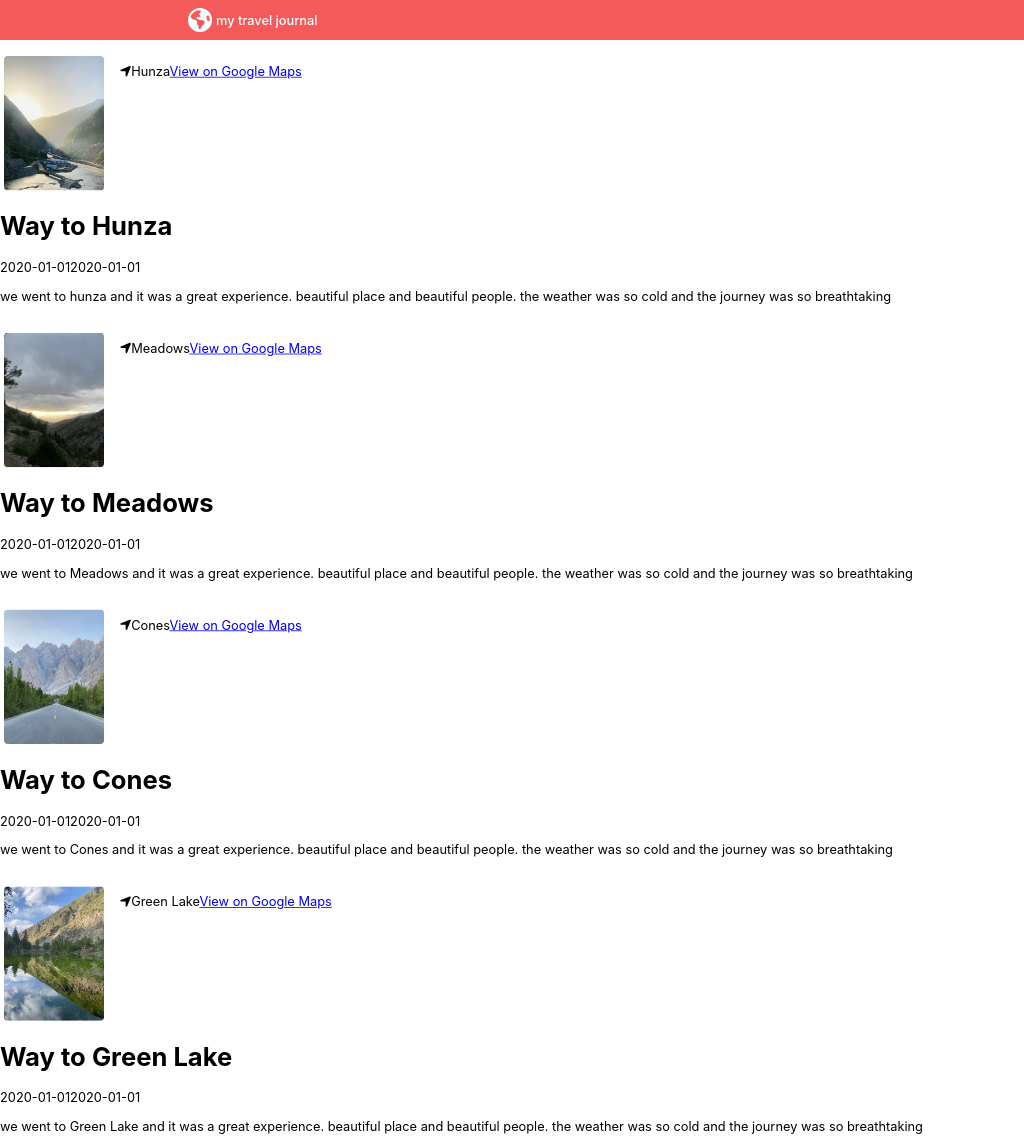
Repository: mortiestmorty1/travel-journal
Page: /
An editor plug-in stored every save of this project. The page is shown before and after the next save, followed by the edit.
The browser window is 1280 px wide. The pictures show the whole page, at 80% of full size.
The project was rebuilt for these pictures with package versions that can differ from the ones it lists, and the page was loaded fresh each time.

Above is the page before, as saved 2024-01-17 15:16:31.

### src/index.css
body {
  margin: 0;
  font-family: -apple-system, BlinkMacSystemFont, 'Segoe UI', 'Roboto', 'Oxygen',
    'Ubuntu', 'Cantarell', 'Fira Sans', 'Droid Sans', 'Helvetica Neue',
    sans-serif;
  -webkit-font-smoothing: antialiased;
  -moz-osx-font-smoothing: grayscale;
}

code {
  font-family: source-code-pro, Menlo, Monaco, Consolas, 'Courier New',
    monospace;
}
* {
  box-sizing: border-box;
  }

### src/App.js
import logo from './logo.svg';
import './App.css';
import Navbar from "./components/navbar";
import Data from "./components/data.js";
import Content from "./components/content.js";

function App() {
  const  Memories = Data.map((item) => {
    return<Content
          key={item.id}
          item={item}
    />
  })
  return (
    <div className="App">
      <Navbar />
      {Memories}
    </div>
  );
}

export default App;

### src/App.css
.Nav-container{
    display: flex;
    justify-content: space-between;
    align-items: center;
    background-color: #F55A5A;
    height: 50px;
}
.navbar{
    display: flex;
    justify-content: space-between;
    align-items: center;
    background-color: #F55A5A;
    margin-left: 230px;
}
.title{
  color: azure;
  font-weight: 500;
  margin-left: 5px;
}
.earth{
  width: 30px;
  height: 30px;
  margin-left: 5px;
  color: azure;
}

.image{
  width: 125px;
  height: 168px;
  margin-left: 5px;
  color: azure;
  border-radius: 5px;
  margin-top: 20px;
}
.content-container{
  position: relative;
}
.section1{
  position: absolute;
  left: 150px;
  bottom: 85%;
  margin-right: 10px;

}

.Title{

}

### src/components/navbar.js
import React from "react";
import { FontAwesomeIcon } from "@fortawesome/react-fontawesome";
import { faEarth } from "@fortawesome/free-solid-svg-icons";
import "../App.css";

function Navbar(){
    return(
        <div className="Nav-container">
            <nav className="navbar">
                <FontAwesomeIcon icon={faEarth} className="earth"></FontAwesomeIcon>
                <span className="title">
                        my travel journal
                </span>
            </nav>
        </div>
    )
}
export default Navbar;

### src/components/data.js
import Hunza from "./way-to-hunza.jpeg";
import Meadows from "./way-to-meadows.jpeg";
import Cones from "./cones.jpeg";
import Glake from "./green-lake.jpeg";

export default [
    {
        id:1,
        img: Hunza,
        location: "Hunza",
        googlelink: "https://www.google.com/maps/place/Hunza+Valley,+Gilgit-Baltistan,+Pakistan/",
        Title: "Way to Hunza",
        datestart:"2020-01-01",
        dateend: "2020-01-01",
        description:"we went to hunza and it was a great experience. beautiful place and beautiful people. the weather was so cold and the journey was so breathtaking"
    }
    ,
    {
        id:2,
        img: Meadows,
        location: "Meadows",
        googlelink: "https://www.google.com/maps/place/Meadows,+Gilgit-Baltistan,+Pakistan/",
        Title: "Way to Meadows",
        datestart:"2020-01-01",
        dateend: "2020-01-01",
        description:"we went to Meadows and it was a great experience. beautiful place and beautiful people. the weather was so cold and the journey was so breathtaking"
    }
    ,
    {
        id:3,
        img: Cones,
        location: "Cones",
        googlelink: "https://www.google.com/maps/place/Cones,+Gilgit-Baltistan,+Pakistan/",
        Title: "Way to Cones",
        datestart:"2020-01-01",
        dateend: "2020-01-01",
        description:"we went to Cones and it was a great experience. beautiful place and beautiful people. the weather was so cold and the journey was so breathtaking"
    }
    ,
    {
        id:4,
        img: Glake,
        location: "Green Lake",
        googlelink: "https://www.google.com/maps/place/Green+Lake,+Gilgit-Baltistan,+Pakistan/",
        Title: "Way to Green Lake",
        datestart:"2020-01-01",
        dateend: "2020-01-01",
        description:"we went to Green Lake and it was a great experience. beautiful place and beautiful people. the weather was so cold and the journey was so breathtaking"
    }
]

### src/components/content.js
import React from "react";
import { FontAwesomeIcon } from "@fortawesome/react-fontawesome";
import { faLocationArrow } from "@fortawesome/free-solid-svg-icons";
import "../App.css";
function Content(props){

    return(
        <div className="content-container">
            <img className="image" src={props.item.img}>
            </img>
            <div className="section1">
                <FontAwesomeIcon icon={faLocationArrow} className="Location"></FontAwesomeIcon>
                <span className="location">
                    {props.item.location}
                </span>
                <a href={props.item.googlelink}>View on Google Maps</a>
            </div>
            <h1 className="Title">{props.item.Title}</h1>
            <span className="date-start">{props.item.datestart}</span>
            <span className="date-end">{props.item.dateend}</span>
            <p className="description">{props.item.description}</p>
        </div>
    )
}

export default Content;

Loaded but not shown: public/index.html (common file); src/index.js (common file); src/reportWebVitals.js (common file)

After the next save:
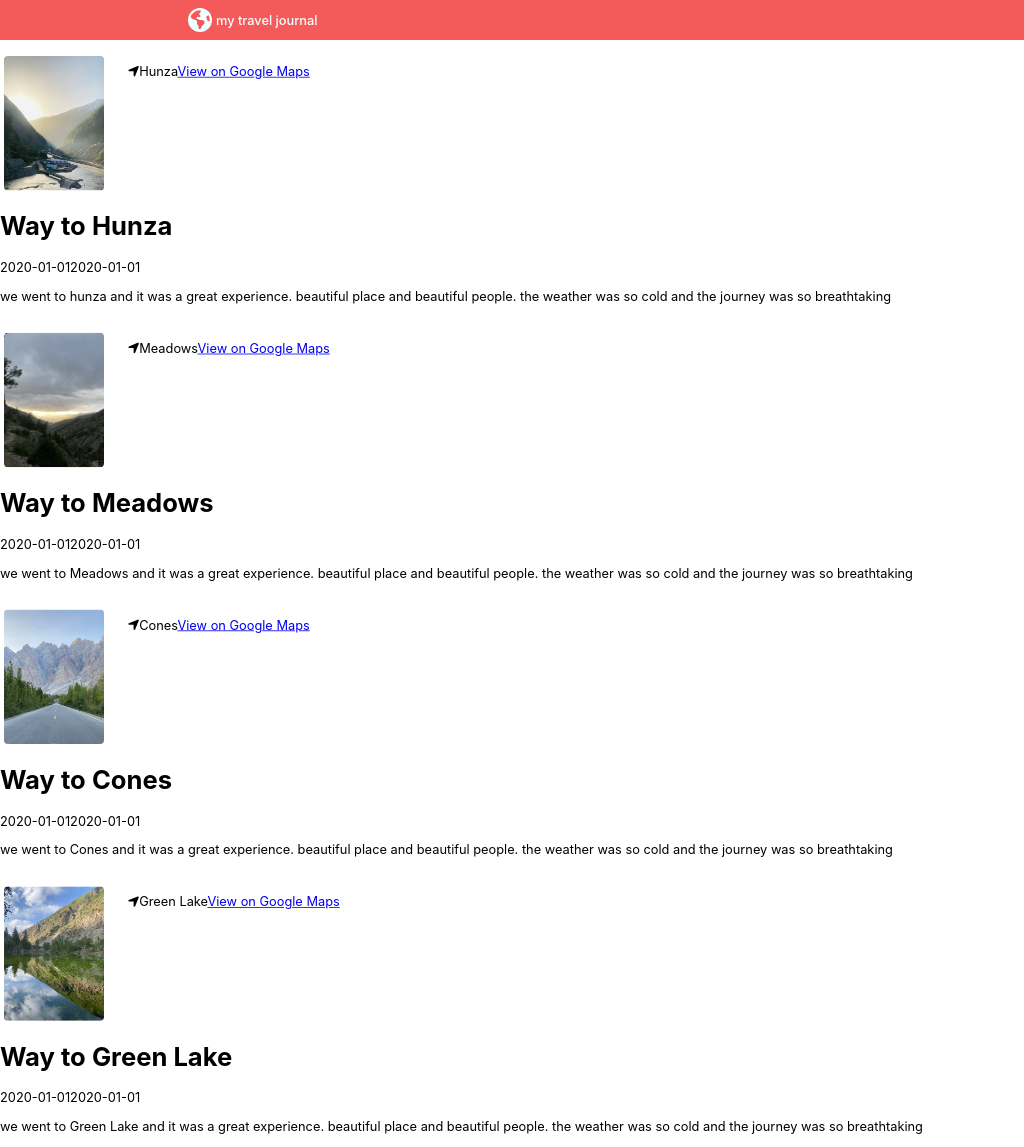
Saved 6 s later.
--- a/src/App.css
+++ b/src/App.css
@@ -39,7 +39,7 @@
   position: absolute;
   left: 150px;
   bottom: 85%;
-  margin-right: 10px;
+  margin-left: 10px;
 
 }
 

After the save that followed:
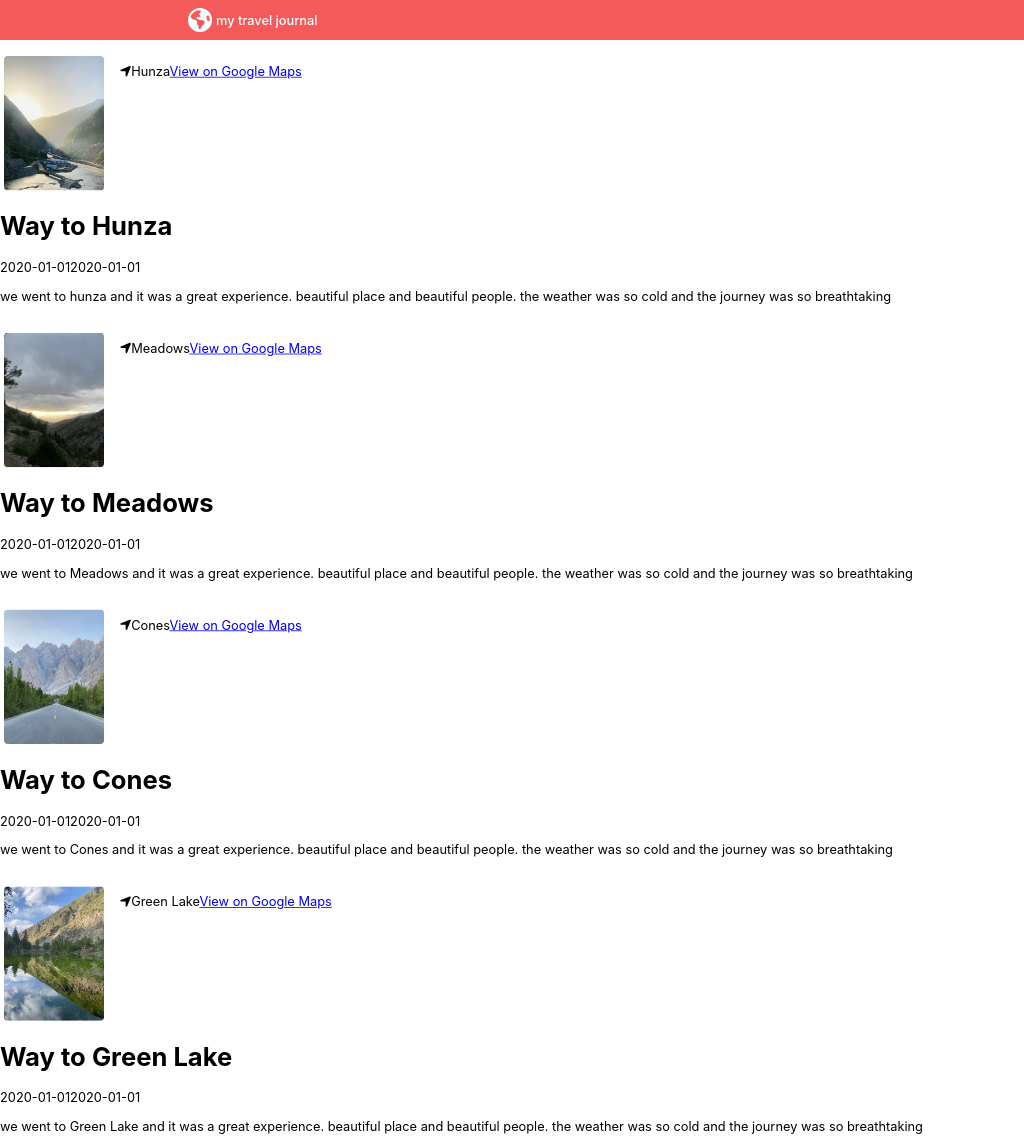
Saved 11 s later.
--- a/src/App.css
+++ b/src/App.css
@@ -39,7 +39,7 @@
   position: absolute;
   left: 150px;
   bottom: 85%;
-  margin-left: 10px;
+
 
 }
 
